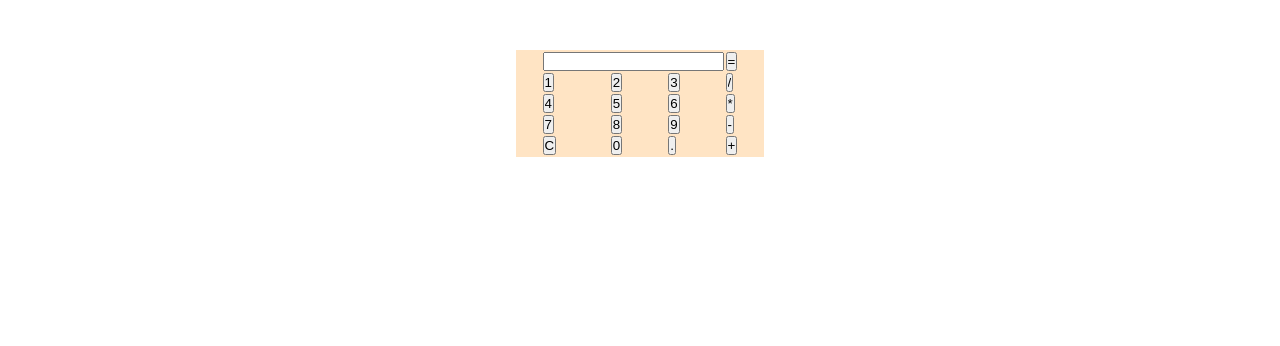
Repository: Seryozha02/CalculatorAndStopwatch
Page: calculator.html
An editor plug-in stored every save of this project. The page is shown before and after the next save, followed by the edit.
The browser window is 1280 px wide. The pictures show the whole page.

Above is the page before, as saved 2022-10-03 00:21:43.

### calculator.html
<!DOCTYPE html>
<html lang="en">
  <head>
    <meta charset="UTF-8" />
    <meta http-equiv="X-UA-Compatible" content="IE=edge" />
    <meta name="viewport" content="width=device-width, initial-scale=1.0" />
    <link rel="stylesheet" href="calculator.css" />
    <title>Calculator</title>
  </head>
  <body>
    <table id="calculator">
      <tr>
        <td colspan="3"><input class="display-box" type="text" id="result"/></td>
        <td><input type="button" value="=" onclick="calculate()" id="btn"></td>
      </tr>
      <tr>
        <td><input type="button" value="1" onclick="display(('1'))" /></td>
        <td><input type="button" value="2" onclick="display(('2'))" /></td>
        <td><input type="button" value="3" onclick="display(('3'))" /></td>
        <td><input type="button" value="/" onclick="display(('/'))" /></td>
      </tr>
      <tr>
        <td><input type="button" value="4" onclick="display(('4'))"></td>
        <td><input type="button" value="5" onclick="display(('5'))"></td>
        <td><input type="button" value="6" onclick="display(('6'))"></td>
        <td><input type="button" value="*" onclick="display(('*'))"></td>
      </tr>
      <tr>
        <td><input type="button" value="7" onclick="display(('7'))"></td>
        <td><input type="button" value="8" onclick="display(('8'))"></td>
        <td><input type="button" value="9" onclick="display(('9'))"></td>
        <td><input type="button" value="-" onclick="display(('-'))"></td>
      </tr>
      <tr>
      <td><input type="button" value="C" onclick="cleareScreen()" id="btn"></td>
      <td><input type="button" value="0" onclick="display(('0'))"></td>
      <td><input type="button" value="." onclick="display(('.'))"></td>
      <td><input type="button" value="+" onclick="display(('+'))"></td>
    </tr>
    </table>
  </body>
  <script src="calculator.js"></script>
</html>

### calculator.css
* {
    margin: 0;
    padding: 0;
    text-decoration: none;
    box-sizing: border-box;
}

#calculator {
    background-color: bisque;
    margin: 0 auto;
    margin-top: 50px;
    padding: 0 25px;
}

Loaded but not shown: calculator.js (no copy from this time; the picture is the same without it)

After the next save:
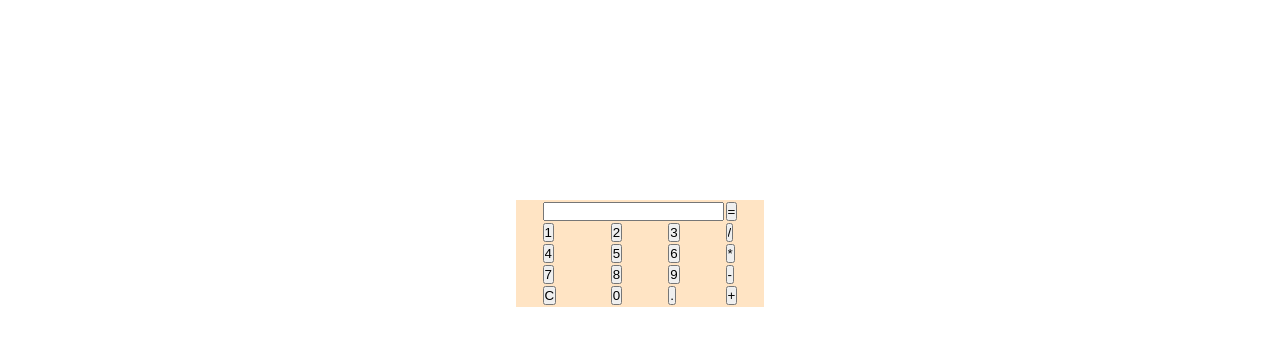
Saved 4 s later.
--- a/calculator.css
+++ b/calculator.css
@@ -8,6 +8,6 @@
 #calculator {
     background-color: bisque;
     margin: 0 auto;
-    margin-top: 50px;
+    margin-top: 200px;
     padding: 0 25px;
 }
